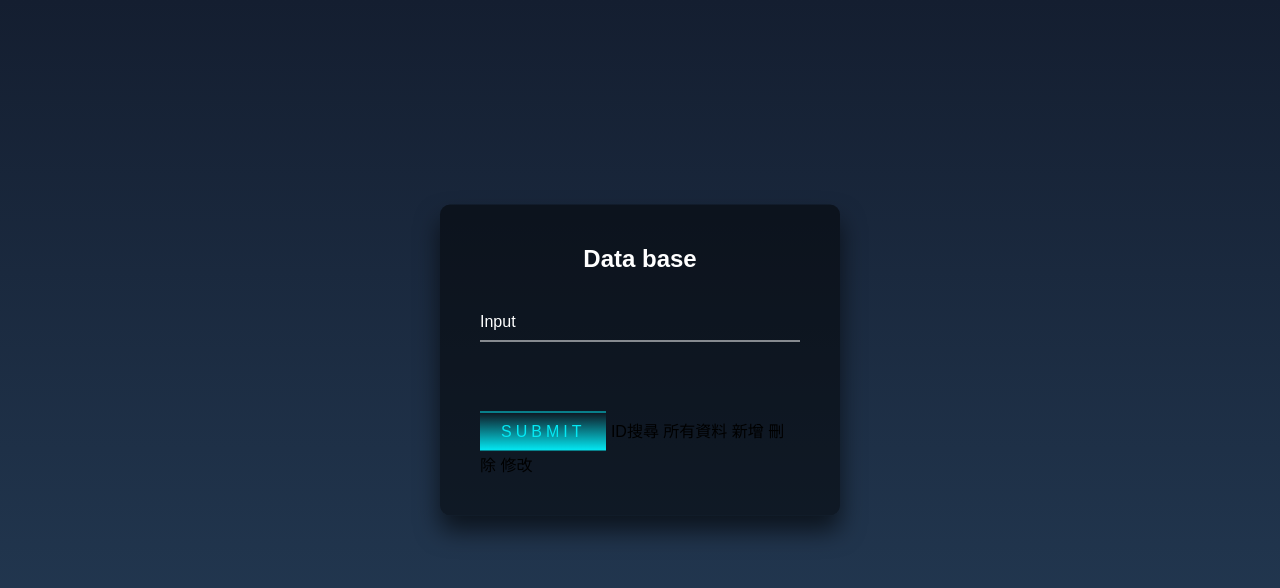
Repository: Ray917x/JaveEEforProject
Page: JSP/src/main/webapp/project/MainPageCSS.html
An editor plug-in stored every save of this project. The page is shown before and after the next save, followed by the edit.
The browser window is 1280 px wide. The pictures show the whole page.

Above is the page before, as saved 2022-09-14 07:00:04.

After the next save:
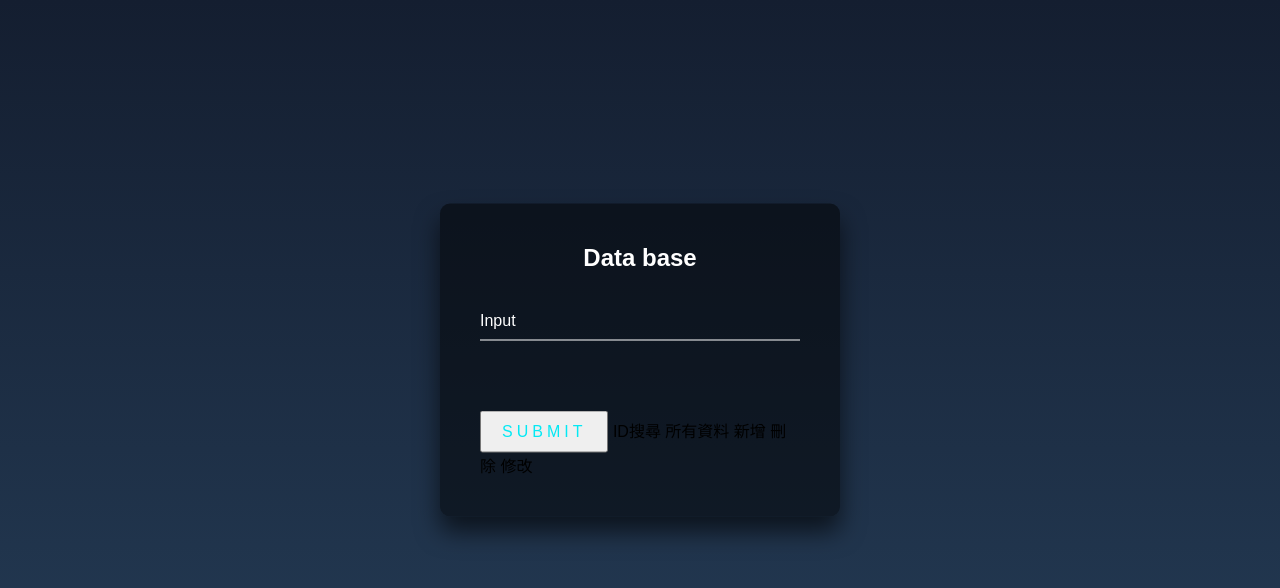
Saved 3 min 34 s later.
--- a/JSP/src/main/webapp/project/MainPageCSS.html
+++ b/JSP/src/main/webapp/project/MainPageCSS.html
@@ -72,15 +72,7 @@ body {
 	color: #03e9f4;
 	font-size: 12px;
 }
-.button{
-margin:0;
-padding:0;
-border:1px solid transparent;
-outline:none;
-background: linear-gradient(180deg, transparent, #03e9f4);
-	animation: btn-anim2 1s linear infinite;
-	animation-delay: .25s
-}
+
 
 .login-box form .button {
 	position: relative;
